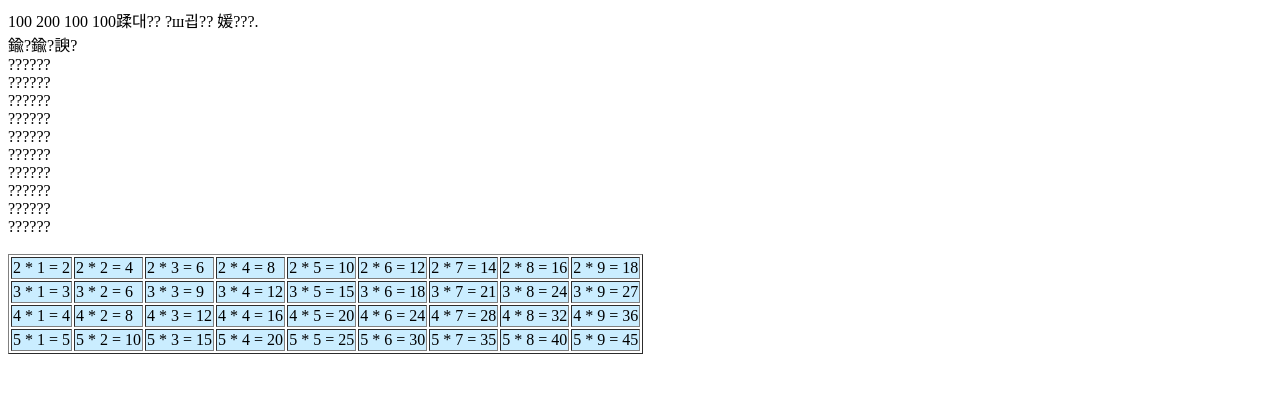
Repository: lee010207/HTML-CSS-JS
Page: http://localhost/EL_JSTL/jstlTest.jsp
These files come from the project's save history. The page is drawn as it stood at one moment and after the next save; the edit follows.
The browser window is 1280 px wide. The pictures show the whole page.
The page is served by Tomcat 9. Other server files are loaded and not shown.

Above is the page before, as saved 2023-09-01 03:37:57.

### 04. Server/EL_JSTL/src/main/webapp/jstlTest.jsp
<%@ page language="java" contentType="text/html; charset=EUC-KR"
    pageEncoding="EUC-KR"%>

<!--  JSTL을 사용하기 위한 Tag Library 추가 -->
<!-- 추가로 jstl lib 프로젝트에 추가 (prefix(접두어)를 c로 설정) -->
<%@ taglib prefix="c" uri="http://java.sun.com/jsp/jstl/core"%>
<!DOCTYPE html>
<html>
<head>
<meta charset="EUC-KR">
<title>Insert title here</title>
</head>
<body>
	<!--
		JSTL 사용하기(EL이랑 함께 주로 쓰임)
		- 여는태그, 닫는태그 사이에 아무 내용(컨턴츠)이 안들어가기 떄문에 홀태그로도 사용 가능
		- 특정 영역에 저장하려면 Scope 속성 활용

	-->

	<!-- page영역에 값 넣기(JSTL)
		 - c:set은 기본적으로 page영역에 저장됨
	-->
	<c:set var="num" value="100" />
	<c:set var="num" scope="session" value="200" />
	${num}
	${sessionScope.num }

	<!-- EL = c:out : 값을 밖으로 출력해주는 역할 -->
	<c:out value="${num}"/>

	<!-- JSTL을 활용한 조건문 -->
	<c:if test="${num >= 100}">
		100보다 크거나 같음.
	</c:if>
	<c:if test="${num < 100 }">
		100보다 작음.
	</c:if>

	<br>

	<!-- 다중if문(like switch) -->
	<c:set var="time" value="점심"/>

	<c:choose>
		<c:when test="${time == '아침' }">
			토스트
		</c:when>
		<c:when test="${time == '점심' }">
			비빔밥
		</c:when>
		<c:when test="${time == '저녁' }">
			족발
		</c:when>
		<c:otherwise>
			라면
		</c:otherwise>
	</c:choose>

	<br>

	<!-- JSTL 반복문
	i는 pageContext 안에 저장됨
	-->
	<c:forEach var="i" begin="1" end="30" step="3">
		☆☆☆<br>

	</c:forEach>

	<br>

	<table border="1px" >
	<c:forEach var="num1" begin="2" end="5" step="1">
		<tr bgcolor="#CAEDFF">
		<c:forEach var="i" begin="1" end="9" step="1">
				<td>${num1 } * ${i } = ${num1*i }</td>
		</c:forEach>
		</tr>
	</c:forEach>

	</table>

</body>
</html>

After the next save:
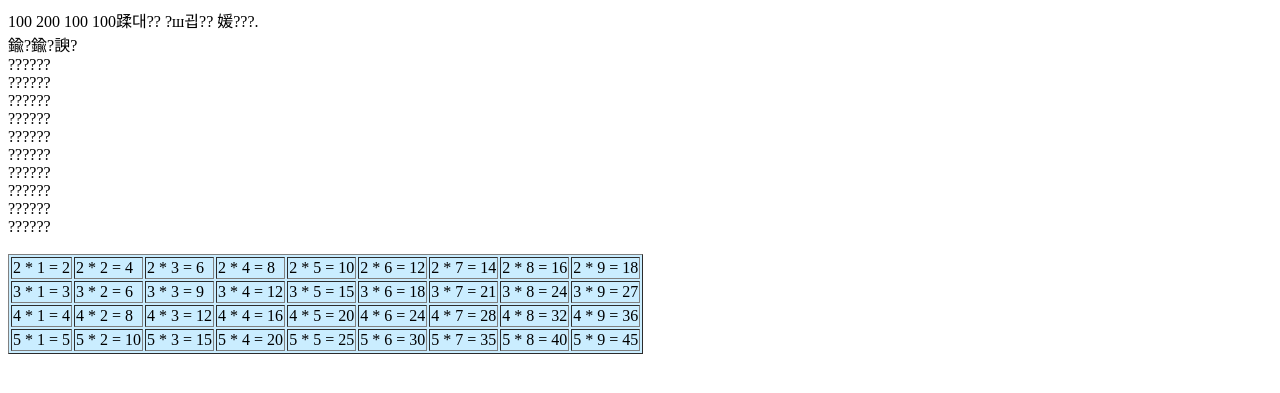
Saved 21 s later.
--- a/04. Server/EL_JSTL/src/main/webapp/jstlTest.jsp
+++ b/04. Server/EL_JSTL/src/main/webapp/jstlTest.jsp
@@ -69,9 +69,9 @@
 
 	<br>
 
-	<table border="1px" >
+	<table border="1px" bgcolor="#CAEDFF">
 	<c:forEach var="num1" begin="2" end="5" step="1">
-		<tr bgcolor="#CAEDFF">
+		<tr>
 		<c:forEach var="i" begin="1" end="9" step="1">
 				<td>${num1 } * ${i } = ${num1*i }</td>
 		</c:forEach>
